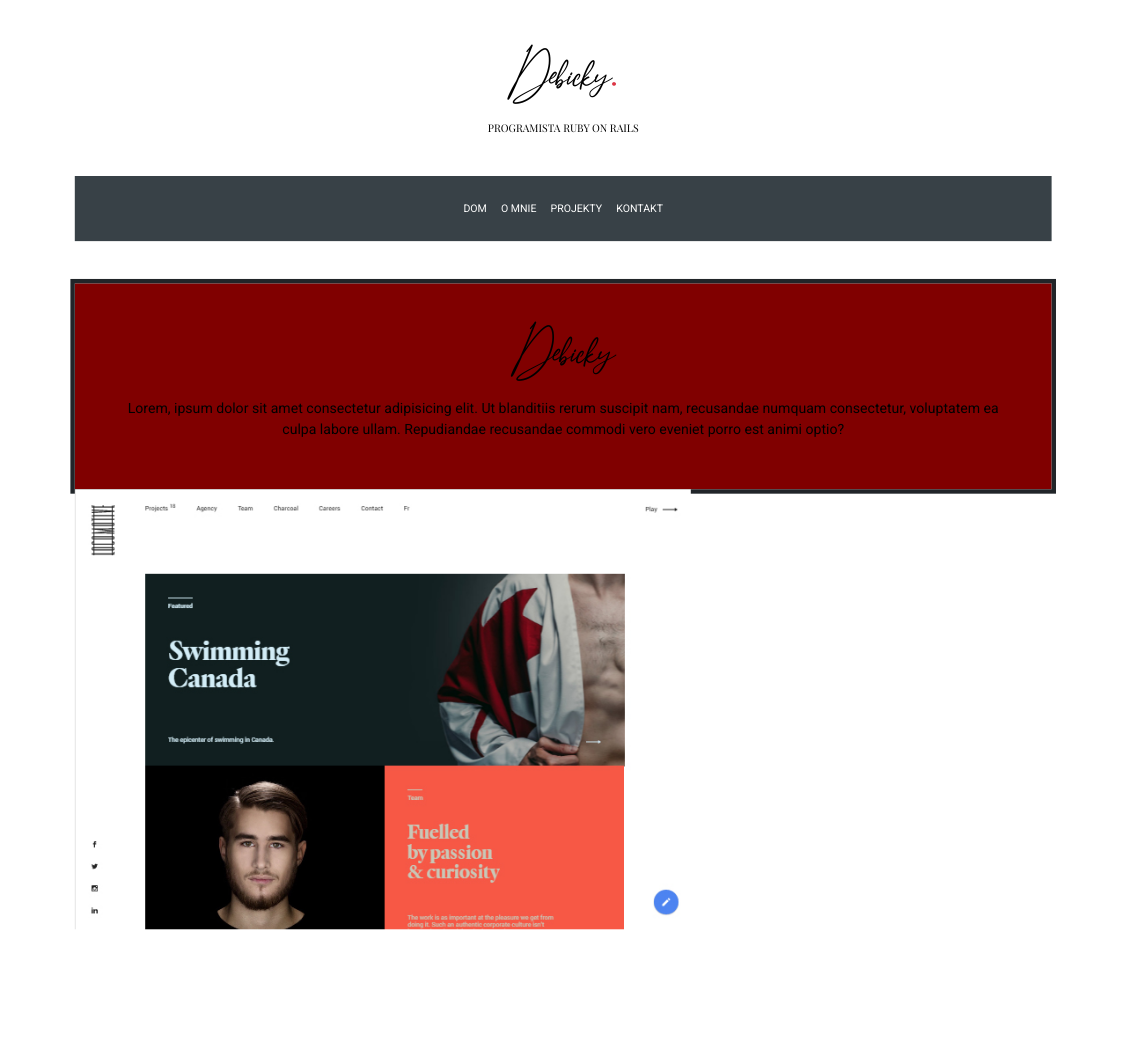
Repository: debicky/debicky.github.io
Page: index.html
The author's editor kept a copy of each file at every save. The page is drawn from the files as they stood at one save, then again after a run of saves.
The browser window is 1280 px wide. The pictures show the whole page, at 88% of full size.
Some web libraries are served in a nearby version.

Above is the page before, as saved 2020-06-10 09:31:55.

After the next 7 saves:
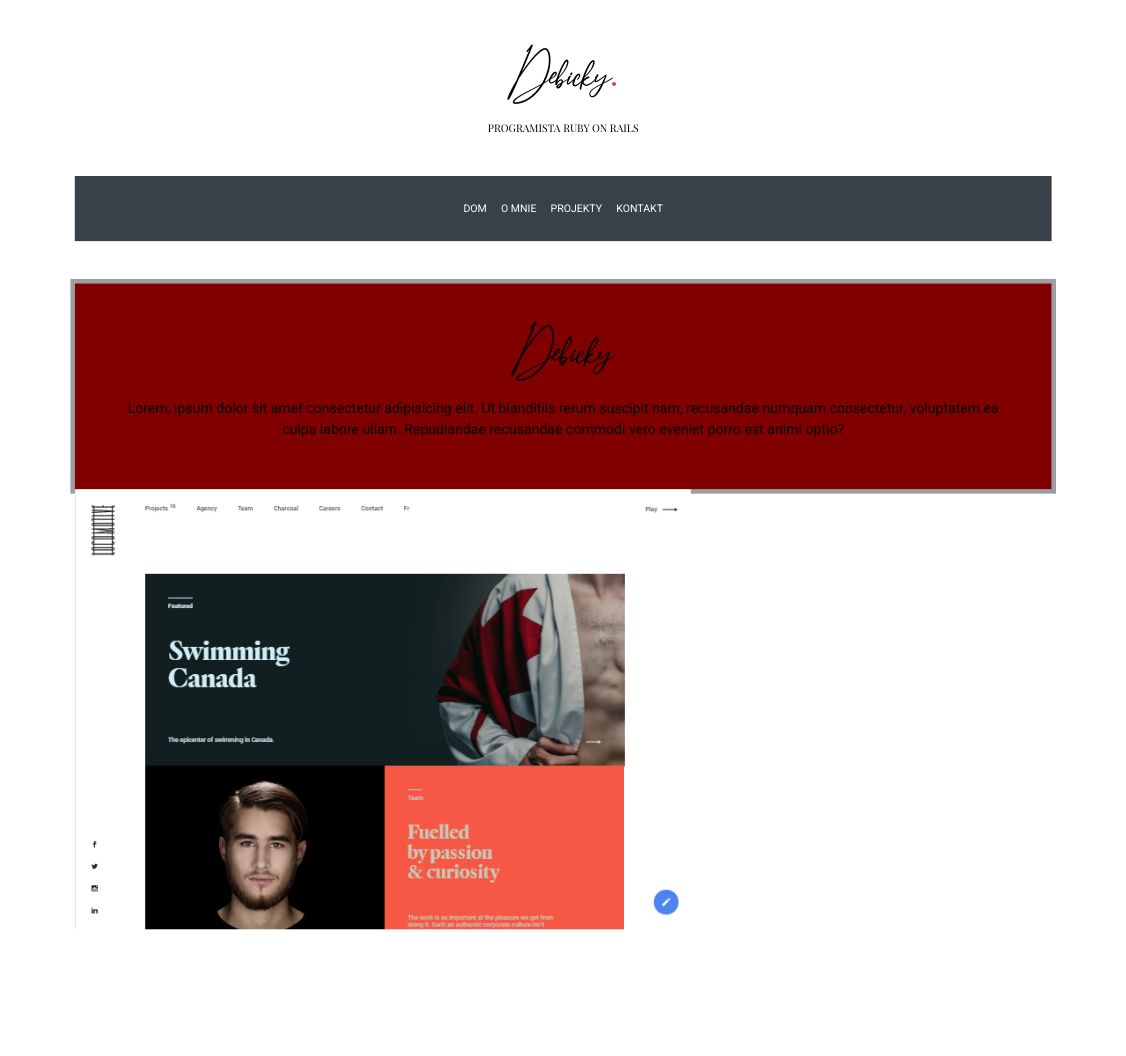
The 7 saves are shown as one change because they came seconds apart.
The last was saved 23 s later.
--- a/styles.css
+++ b/styles.css
@@ -89,6 +89,6 @@ header{
   width: 100%;
   background-color: maroon;
   padding: 40px;
-  outline: 5px solid;
+  outline: 5px solid rgba(56, 65, 71, 0.5);
 
 }
